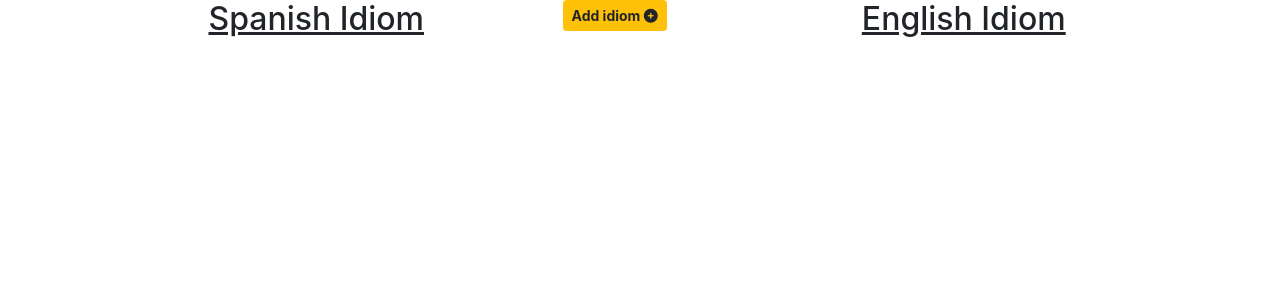
Repository: JK27/idioms-english-spanish
Page: http://localhost/
The author's editor kept a record of every edit. The page is drawn from the files as they stood at one moment, then again after the next edit.
The browser window is 1280 px wide. The pictures show the whole page.
Some web libraries are served in a nearby version. The page is served by the project's application, run on Flask 3 (idioms.py). Queries for data that is not in the repository find no rows.

Above is the page before.
Console error: TypeError: Cannot read properties of undefined (reading 'fn')

After the next edit:
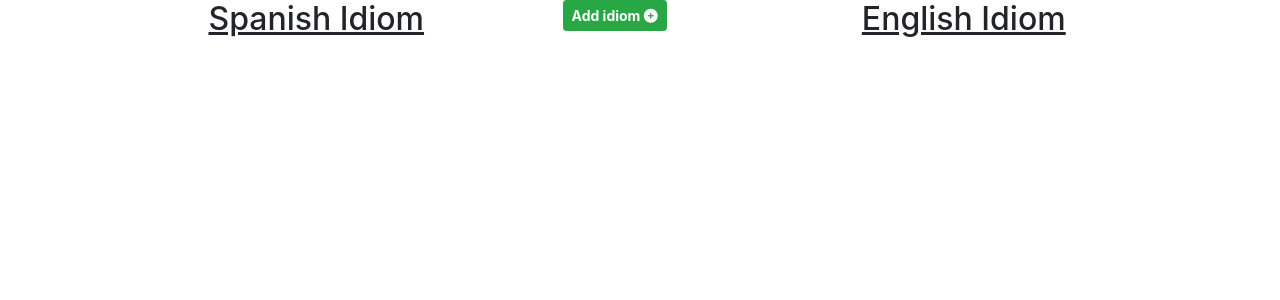
The edit:
--- a/templates/idioms.html
+++ b/templates/idioms.html
@@ -5,7 +5,7 @@
         <h2>Spanish Idiom</h2>
     </div>
     <div class="col-2">
-        <a class="btn btn-warning btn-sm" href="{{url_for('add_idiom')}}" role="button"><strong>Add idiom </strong><i class="fas fa-plus-circle"></i></a>
+        <a class="btn btn-success btn-sm" href="{{url_for('add_idiom')}}" role="button"><strong>Add idiom </strong><i class="fas fa-plus-circle"></i></a>
     </div>
     <div class="col-5">
         <h2>English Idiom</h2>
